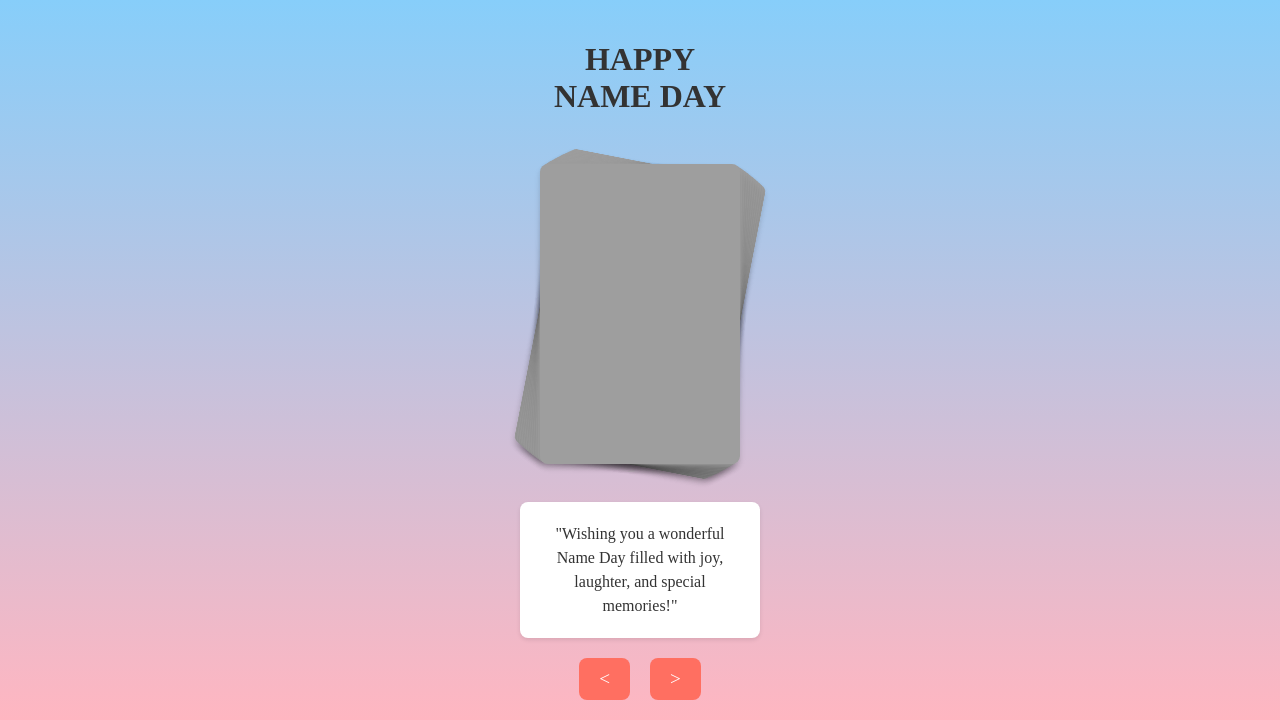
Repository: naps00/BIRTHDAY
Page: /details
The author's editor kept a copy of each file at every save. The page is drawn from the files as they stood at one save, then again after the next save.
The browser window is 1280 px wide. The pictures show the whole page.
Pictures or frames that could not be fetched are drawn as grey boxes. The project was rebuilt for these pictures with package versions that can differ from the ones it lists, and the page was loaded fresh each time.

Above is the page before, as saved 2024-12-12 19:42:25.

### src/App.js
import React, { useState } from 'react';
import { BrowserRouter as Router, Route, Routes, Link } from 'react-router-dom';
import './App.css';
import Details from './details.js'; // นำเข้า Details.js

function Home() {
  const [showModal, setShowModal] = useState(false);

  // เมื่อวีดีโอจบ ให้แสดง modal
  const handleVideoEnd = () => {
    setShowModal(true);
  };

  return (
    <div className="App">
      <div className="container">
        <div className="text-section" style={{ flex: 1, display: 'flex', flexDirection: 'column', justifyContent: 'center', alignItems: 'center', textAlign: 'center', height: '100vh', color: 'black', fontSize: 'calc(3vw + 0vh)', fontWeight: 'bold' }}>
          <h2>HAPPY BIRTHDAY !!</h2>
          <p>MY LOVE ♡ </p>
          <img src="https://img2.pic.in.th/pic/fc8c0bdfae313c2ffd700a21b05915d6-removebg-preview.png" alt="Happy Birthday Decoration" style={{width: '200px', height: '200PX' }} />
        </div>

        <div className="video-section">
          <video
            className="video-player"
            controls
            onEnded={handleVideoEnd}
          >
            <source src="https://v1.pinimg.com/videos/mc/720p/3d/2a/3c/3d2a3ca4078af4f14258938781ed5f8e.mp4" type="video/mp4" />
            Your browser does not support the video tag.
          </video>
        </div>
      </div>

      {/* Modal */}
      {showModal && (
        <div className="modal-backdrop">
          <div className="modal-content">
            <h2>Are you ready?</h2>
            {/* เปลี่ยนปุ่ม "ปิด" ให้เป็นลิงค์ไปยังหน้า /details */}
            <Link to="/details">
              <button className="pulse">GO !!</button>
            </Link>
          </div>
        </div>
      )}

      {/* เพิ่มอิโมจิที่วิ้งๆ */}
      <div className="emoji">🌟</div>
      <div className="emoji2">✨</div>
      <div className="emoji3">💕</div>

    </div>
  );
}

function App() {
  return (
    <Router>
      <Routes>
        <Route path="/" element={<Home />} />
        <Route path="/details" element={<Details />} /> {/* เพิ่มเส้นทางสำหรับหน้า /details */}
      </Routes>
    </Router>
  );
}

export default App;

### src/App.css
/* การจัด layout ของแอปพลิเคชัน */
.App {
  background-color: white;
  min-height: 100vh;
  display: flex;
  justify-content: center;
  align-items: center;
}

/* ส่วนที่ใช้จัด layout */
.container {
  display: flex;
  flex-direction: row; /* แบ่งพื้นที่ออกเป็น 2 ส่วน */
  width: 100%;
  height: 100vh;
}

/* ส่วนข้อความ */
.text-section {
  flex: 1;
  display: flex;
  flex-direction: column;
  justify-content: center;
  align-items: center;
  padding: 20px;
  background-color: #f9f9f9;
}

.text-section h1 {
  margin-bottom: 20px;
}

/* ส่วนวีดีโอ */
.video-section {
  flex: 1;
  display: flex;
  justify-content: center;
  align-items: center;
  background-color: #000;
}

.video-player {
  width: 100%; /* ให้วีดีโอเต็มความกว้าง */
  height: 100%; /* ให้วีดีโอเต็มความสูง */
  object-fit: cover; /* ปรับวีดีโอให้เต็มพื้นที่โดยไม่เสียสัดส่วน */

/* การแสดง modal */
}
.modal-backdrop {
  position: fixed;
  top: 0;
  left: 0;
  width: 100%;
  height: 100%;
  background: rgba(0, 0, 0, 0.7);
  display: flex;
  justify-content: center;
  align-items: center;
  z-index: 100; /* ทำให้ modal อยู่เหนือสิ่งอื่น */
  animation: fadeInPop 0.5s ease-out;
}

/* เพิ่ม z-index ให้ modal-content */
.modal-content {
  background: white;
  padding: 20px;
  border-radius: 10px;
  text-align: center;
  box-shadow: 0 2px 10px rgba(0, 0, 0, 0.3);
  animation: slideUp 0.3s ease-out;
  z-index: 101; /* ทำให้เนื้อหาของ modal อยู่เหนือ backdrop */
}

/* การแอนิเมชัน fade-in และ pop-up สำหรับ modal backdrop */
@keyframes fadeInPop {
  0% {
    opacity: 0;
    transform: scale(0.8);
  }
  100% {
    opacity: 1;
    transform: scale(1);
  }
}

body {
  font-family: 'Coiny', cursive;
  margin: 0;
  padding: 0;
  box-sizing: border-box;
  background-color: #fef9ef;
  color: #333;
}

h1, h2, p {
  font-family: 'Coiny', cursive; /* ฟอนต์ใหม่สำหรับข้อความ */
}

button {
  font-family: 'Coiny', cursive;
  font-size: 1.2rem;
  background-color: #ff6f61;
  color: #fff;
  padding: 10px 20px;
  border: none;
  border-radius: 8px;
  cursor: pointer;
  transition: background-color 0.3s ease, transform 0.3s ease;
}

button:hover {
  background-color: #ff3d3d;
  transform: scale(1.1);
}

/* การแอนิเมชัน slide-up สำหรับ modal content */
@keyframes slideUp {
  0% {
    transform: translateY(20px);
    opacity: 0;
  }
  100% {
    transform: translateY(0);
    opacity: 1;
  }
}

.modal-content h2 {
  margin-bottom: 20px;
}

.modal-content button {
  padding: 10px 20px;
  background-color: #007bff;
  color: white;
  border: none;
  border-radius: 5px;
  cursor: pointer;
  transition: transform 0.3s ease, background-color 0.3s ease;
}

/* เอฟเฟกต์เมื่อ hover ปุ่ม */
.modal-content button:hover {
  background-color: #0056b3;
  transform: scale(1.1); /* ขยายขนาดปุ่มเมื่อ hover */
}

/* เอฟเฟกต์การเต้นของปุ่ม */
@keyframes pulse {
  0% {
    transform: scale(1);
    opacity: 1;
  }
  50% {
    transform: scale(1.1);
    opacity: 0.8;
  }
  100% {
    transform: scale(1);
    opacity: 1;
  }
}

.pulse {
  animation: pulse 1.5s infinite;
}

/* อิโมจิวิ้งๆ */
.emoji {
  position: fixed;
  top: 30%;
  right: 50%;
  font-size: 30px;
  animation: smoothBounce 1.4s infinite;
  z-index: 50; /* ทำให้ไอคอนอิโมจิอยู่ใต้ modal */
}
.emoji2 {
  position: fixed;
  top: 18%;
  right: 97%;
  font-size: 30px;
  animation: smoothBounce 1.5s infinite;
  z-index: 50; /* ทำให้ไอคอนอิโมจิอยู่ใต้ modal */
}
.emoji3 {
  position: fixed;
  top: 63%;
  right: 65%;
  font-size: 50px;
  animation: smoothBounce 3s infinite;
  z-index: 50; /* ทำให้ไอคอนอิโมจิอยู่ใต้ modal */
}
/* การกระพิบ */
/* @keyframes fadeInOut {
  0%, 100% {
    opacity: 0;
  }
  50% {
    opacity: 1;
  }
}

.fade {
  animation: fadeInOut 1s infinite;
} */

/* การแอนิเมชันวิ้ง */
@keyframes smoothBounce {
  0%, 100% {
    transform: translateY(0);
    opacity: 1;
  }
  25% {
    transform: translateY(-1px);
    opacity: 1;
  }
  50% {
    transform: translateY(-1px);
    opacity: 1;
  }
  75% {
    transform: translateY(5px);
    opacity: 1;
  }
}


/* การแอนิเมชัน zoom-in */
@keyframes zoomIn {
  0% {
    transform: scale(0.8);
    opacity: 0;
  }
  100% {
    transform: scale(1);
    opacity: 1;
  }
}

.zoom-in {
  animation: zoomIn 0.4s ease-out;
}

/* เอฟเฟกต์ fade-in สำหรับเนื้อหาที่โหลด */
.fade-in {
  opacity: 0;
  animation: fadeIn 1s forwards;
}

@keyframes fadeIn {
  from {
    opacity: 0;
  }
  to {
    opacity: 1;
  }
}

### src/details.js
import React, { useState } from 'react';
import { useSwipeable } from 'react-swipeable'; // นำเข้า useSwipeable
import './details.css';

function Details() {
  const images = [
    "https://img2.pic.in.th/pic/C14EEE1A-1C6E-4778-85B7-4833D53D43EB.jpeg",
    "https://img5.pic.in.th/file/secure-sv1/618E6171-BADE-42BC-A018-2EA60935F70F.jpeg",
    "https://img5.pic.in.th/file/secure-sv1/IMG_448429fe121e41b2f430.jpeg",
    "https://img5.pic.in.th/file/secure-sv1/IMG_64786800a538a371f8ae.jpeg",
    "https://img2.pic.in.th/pic/IMG_18254b9a0e0ef262515a.jpeg",
    "https://img2.pic.in.th/pic/IMG_750821c6a0b5848c84f8.jpeg",
    "https://img2.pic.in.th/pic/IMG_217360495c125ab56c81.jpeg",
    "https://img5.pic.in.th/file/secure-sv1/IMG_79057ffcc3e4b6cb96bc.jpeg",
    "https://img2.pic.in.th/pic/IMG_7834161695a4292d3799.jpeg",
    "https://img5.pic.in.th/file/secure-sv1/IMG_7833a600a5964cb97987.jpeg",
    "https://img5.pic.in.th/file/secure-sv1/IMG_7669dbd275c5d25b60ea.jpeg",
    "https://img2.pic.in.th/pic/IMG_791818c257fcaec84a84.jpeg"
  ];

  const [currentIndex, setCurrentIndex] = useState(0);

  const handlers = useSwipeable({
    onSwipedLeft: () => handleNext(),
    onSwipedRight: () => handlePrev(),
    preventDefaultTouchmoveEvent: true,
    trackMouse: true
  });

  const handleNext = () => {
    setCurrentIndex((currentIndex + 1) % images.length);
  };

  const handlePrev = () => {
    setCurrentIndex((currentIndex - 1 + images.length) % images.length);
  };

  return (
    <div className="details-page" style={{ overflowY: 'auto', maxHeight: '100vh', padding: '20px' }}>
      <div className="header-text" style={{ textAlign: 'center' }}>
        <h1>HAPPY <br /> NAME DAY</h1>
      </div>

      <div className="card-stack" {...handlers} style={{ position: 'relative', height: '350px', marginBottom: '20px' }}>
        {images.map((src, index) => {
          const zIndex = images.length - Math.abs(currentIndex - index);
          const rotation = (index - currentIndex) * 1; // การหมุนภาพ
          const offset = (index - currentIndex) * 0; // ระยะเลื่อน

          return (
            <img
              key={index}
              src={src}
              alt={`Slide ${index + 1}`}
              className="card"
              style={{
                zIndex: zIndex,
                position: 'absolute',
                left: '50%',
                top: '50%',
                transform: `translate(-50%, -50%) rotate(${rotation}deg)`,
                marginTop: `${offset}px`,
                width: '200px',
                height: '300px',
                borderRadius: '8px',
                boxShadow: '0 4px 6px rgba(0, 0, 0, 0.1)',
              }}
            />
          );
        })}
      </div>

      <div
        className="card-message"
        style={{
          margin: '0 auto',
          width: '90%',
          maxWidth: '200px',
          padding: '20px',
          borderRadius: '8px',
          backgroundColor: '#fff',
          boxShadow: '0 2px 4px rgba(0, 0, 0, 0.1)',
          textAlign: 'center',
          fontSize: '16px',
          lineHeight: '1.5',
        }}
      >
        "Wishing you a wonderful Name Day filled with joy, laughter, and special memories!"
      </div>

      <div className="controls" style={{ textAlign: 'center', marginTop: '20px' }}>
        <button onClick={handlePrev} style={{ margin: '0 10px', padding: '10px 20px' }}>
          &lt;
        </button>
        <button onClick={handleNext} style={{ margin: '0 10px', padding: '10px 20px' }}>
          &gt;
        </button>
      </div>

      <audio autoPlay loop>
        <source src="https://www.soundhelix.com/examples/mp3/SoundHelix-Song-1.mp3" type="audio/mp3" />
        Your browser does not support the audio element.
      </audio>
    </div>
  );
}

export default Details;

### src/details.css
.details-page {
  display: flex;
  flex-direction: column;
  align-items: center;
  justify-content: flex-start;
  height: auto; /* เปลี่ยนจาก 100vh เพื่อให้ครอบคลุมเนื้อหาทั้งหมด */
  background: linear-gradient(to bottom, #87CEFA, #FFB6C1);
  padding: 20px;
  overflow-y: auto;
  box-sizing: border-box;
}

.card-stack {
  position: relative;
  width: 300px;
  margin-top: 10px;
  display: flex;
  flex-direction: column; /* จัดเรียงแนวตั้ง */
  align-items: center;
  gap: 20px; /* เพิ่มระยะห่างระหว่างรูป */
}

.card {
  position: relative;
  width: 170px;
  height: 250px;
  border-radius: 10px;
  box-shadow: 0 4px 8px rgba(0, 0, 0, 0.2);
  transition: transform 0.3s ease;
}

.text-box {
  margin-top: 20px;
  padding: 10px;
  width: 100%;
  max-width: 400px;
  background: #f9f9f9;
  border: 1px solid #ddd;
  border-radius: 10px;
  box-shadow: 0 4px 8px rgba(0, 0, 0, 0.1);
}

Loaded but not shown: public/index.html (common file); src/index.js (common file); src/index.css (common file); src/reportWebVitals.js (common file)

After the next save:
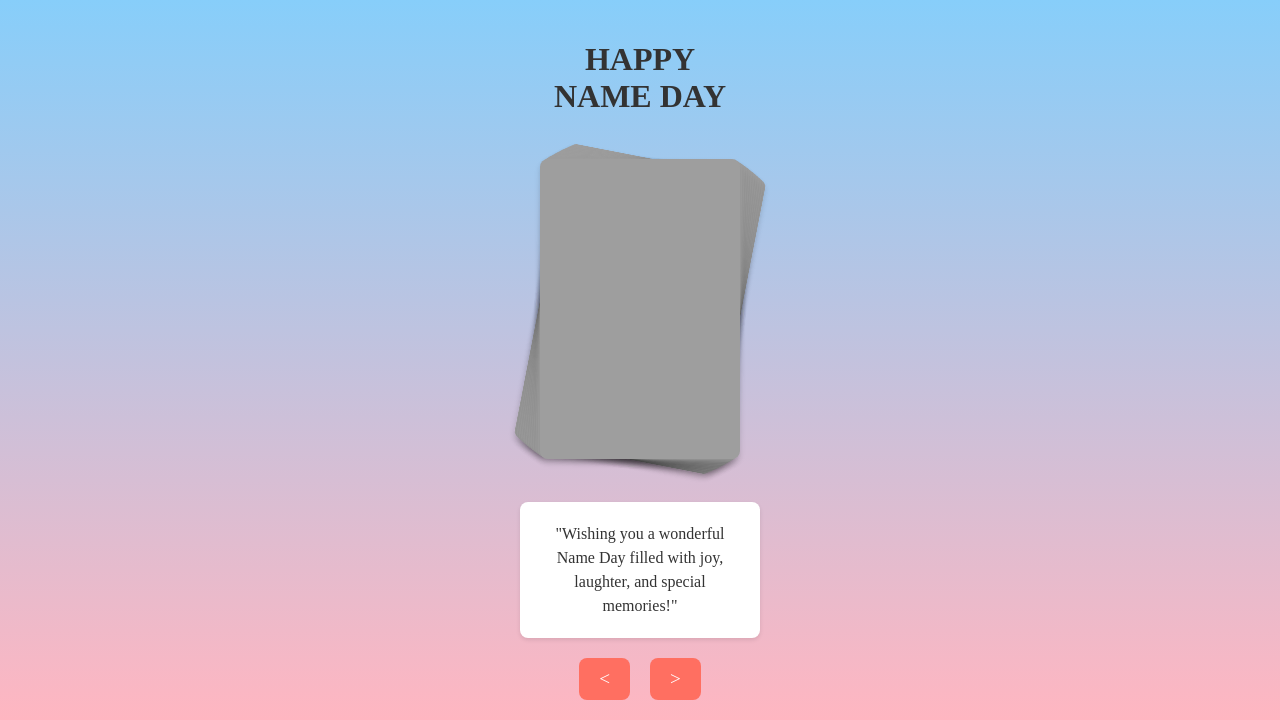
Saved 7 s later.
--- a/src/details.css
+++ b/src/details.css
@@ -13,7 +13,7 @@
 .card-stack {
   position: relative;
   width: 300px;
-  margin-top: 10px;
+  margin-top: 0px;
   display: flex;
   flex-direction: column; /* จัดเรียงแนวตั้ง */
   align-items: center;
